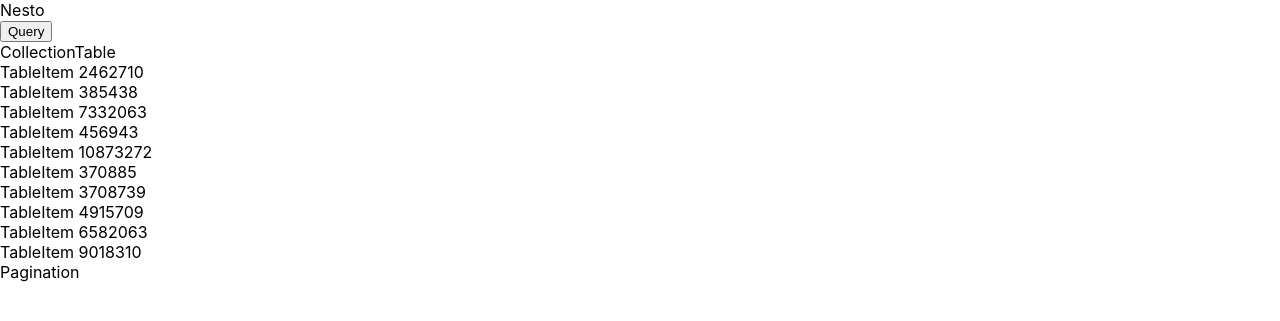
Repository: ivan-baljkas/pristupni_zadatak
Page: / (app in frontend/react-akademija-master/)
An editor plug-in stored every save of this project. The page is shown before and after the next save, followed by the edit.
The browser window is 1280 px wide. The pictures show the whole page.
The project was rebuilt for these pictures with package versions that can differ from the ones it lists, and the page was loaded fresh each time.

Above is the page before, as saved 2021-07-21 12:35:57.

### frontend/react-akademija-master/src/App.js
import React from "react";
import { SearchForm } from "./components/SearchForm";
import { CollectionTable } from "./components/CollectionTable";
import { TableItem } from "./components/TableItem";
import { Pagination } from "./components/Pagination";
import data from "./data.json";

const App = () => {
  console.log(data);

  return (
    <div>
      <header>
        Nesto
      </header>
        <SearchForm/>
        <CollectionTable/>
        {data.releases.map(release=>(
          <TableItem id={release.id}/>
        ))}
        <Pagination/>
    </div>
  );
};

export default App;

### frontend/react-akademija-master/src/components/SearchForm.jsx
import React, { Component } from 'react'

export const SearchForm = (props) =>{

    return(
        <div>
            <button type="button">Query</button>
        </div>
    );
};

### frontend/react-akademija-master/src/components/CollectionTable.jsx
import React, { Component } from 'react'

export const CollectionTable = (props) =>{

    return(
        <div>
            CollectionTable
        </div>
    );
};

### frontend/react-akademija-master/src/components/TableItem.jsx
import React, { Component } from 'react'

export const TableItem = (props) =>{

    return(
        <div>
            TableItem {props.id}
        </div>
    );
};

### frontend/react-akademija-master/src/components/Pagination.jsx
import React, { Component } from 'react'

export const Pagination = (props) =>{

    return(
        <div>
            Pagination
        </div>
    );
};

### frontend/react-akademija-master/src/data.json
{
  "pagination": {
    "page": 1,
    "pages": 26,
    "per_page": 10,
    "items": 255,
    "urls": {
      "first": "https://api.discogs.com/users/adrianmusiccollector/collection/folders/0/releases?per_page=10&page=1",
      "last": "https://api.discogs.com/users/adrianmusiccollector/collection/folders/0/releases?per_page=10&page=26",
      "prev": "https://api.discogs.com/users/adrianmusiccollector/collection/folders/0/releases?per_page=10&page=1",
      "next": "https://api.discogs.com/users/adrianmusiccollector/collection/folders/0/releases?per_page=10&page=3"
    }
  },
  "releases": [
    {
      "id": 2462710,
      "instance_id": 495199692,
      "date_added": "2020-08-04T08:57:28-07:00",
      "rating": 0,
      "basic_information": {
        "id": 2462710,
        "master_id": 28197,
        "master_url": "https://api.discogs.com/masters/28197",
        "resource_url": "https://api.discogs.com/releases/2462710",
        "thumb": "",
        "cover_image": "",
        "title": "Danzig III: How The Gods Kill",
        "year": 0,
        "formats": [
          { "name": "CD", "qty": "1", "descriptions": ["Album", "Reissue"] }
        ],
        "labels": [
          {
            "name": "American Recordings",
            "catno": "491785 2",
            "entity_type": "1",
            "entity_type_name": "Label",
            "id": 2569,
            "resource_url": "https://api.discogs.com/labels/2569"
          },
          {
            "name": "Columbia",
            "catno": "02-491785-10",
            "entity_type": "1",
            "entity_type_name": "Label",
            "id": 1866,
            "resource_url": "https://api.discogs.com/labels/1866"
          }
        ],
        "artists": [
          {
            "name": "Danzig",
            "anv": "",
            "join": "",
            "role": "",
            "tracks": "",
            "id": 217411,
            "resource_url": "https://api.discogs.com/artists/217411"
          }
        ],
        "genres": ["Rock"],
        "styles": ["Blues Rock", "Hard Rock", "Heavy Metal"]
      }
    },
    {
      "id": 385438,
      "instance_id": 495284040,
      "date_added": "2020-08-04T15:46:56-07:00",
      "rating": 0,
      "basic_information": {
        "id": 385438,
        "master_id": 8636,
        "master_url": "https://api.discogs.com/masters/8636",
        "resource_url": "https://api.discogs.com/releases/385438",
        "thumb": "",
        "cover_image": "",
        "title": "For Those About To Rock We Salute You",
        "year": 1994,
        "formats": [
          {
            "name": "CD",
            "qty": "1",
            "descriptions": ["Album", "Reissue", "Remastered"]
          }
        ],
        "labels": [
          {
            "name": "ATCO Records",
            "catno": "7567-92412-2",
            "entity_type": "1",
            "entity_type_name": "Label",
            "id": 3820,
            "resource_url": "https://api.discogs.com/labels/3820"
          }
        ],
        "artists": [
          {
            "name": "AC/DC",
            "anv": "",
            "join": "",
            "role": "",
            "tracks": "",
            "id": 84752,
            "resource_url": "https://api.discogs.com/artists/84752"
          }
        ],
        "genres": ["Rock"],
        "styles": ["Hard Rock"]
      }
    },
    {
      "id": 7332063,
      "instance_id": 495260051,
      "date_added": "2020-08-04T14:14:50-07:00",
      "rating": 0,
      "basic_information": {
        "id": 7332063,
        "master_id": 8580,
        "master_url": "https://api.discogs.com/masters/8580",
        "resource_url": "https://api.discogs.com/releases/7332063",
        "thumb": "",
        "cover_image": "",
        "title": "Live",
        "year": 0,
        "formats": [
          { "name": "CD", "qty": "2", "descriptions": ["Album", "Reissue"] }
        ],
        "labels": [
          {
            "name": "ATCO Records",
            "catno": "7567-92212-2",
            "entity_type": "1",
            "entity_type_name": "Label",
            "id": 3820,
            "resource_url": "https://api.discogs.com/labels/3820"
          },
          {
            "name": "Albert Productions",
            "catno": "7567-92212-2",
            "entity_type": "1",
            "entity_type_name": "Label",
            "id": 33440,
            "resource_url": "https://api.discogs.com/labels/33440"
          }
        ],
        "artists": [
          {
            "name": "AC/DC",
            "anv": "",
            "join": "",
            "role": "",
            "tracks": "",
            "id": 84752,
            "resource_url": "https://api.discogs.com/artists/84752"
          }
        ],
        "genres": ["Rock"],
        "styles": ["Hard Rock", "Rock & Roll"]
      }
    },
    {
      "id": 456943,
      "instance_id": 495284592,
      "date_added": "2020-08-04T15:48:52-07:00",
      "rating": 0,
      "basic_information": {
        "id": 456943,
        "master_id": 8437,
        "master_url": "https://api.discogs.com/masters/8437",
        "resource_url": "https://api.discogs.com/releases/456943",
        "thumb": "",
        "cover_image": "",
        "title": "High Voltage",
        "year": 1994,
        "formats": [
          {
            "name": "CD",
            "qty": "1",
            "descriptions": ["Album", "Reissue", "Remastered"]
          }
        ],
        "labels": [
          {
            "name": "ATCO Records",
            "catno": "7567-92413-2",
            "entity_type": "1",
            "entity_type_name": "Label",
            "id": 3820,
            "resource_url": "https://api.discogs.com/labels/3820"
          },
          {
            "name": "ATCO Records",
            "catno": "92413-2",
            "entity_type": "1",
            "entity_type_name": "Label",
            "id": 3820,
            "resource_url": "https://api.discogs.com/labels/3820"
          }
        ],
        "artists": [
          {
            "name": "AC/DC",
            "anv": "",
            "join": "",
            "role": "",
            "tracks": "",
            "id": 84752,
            "resource_url": "https://api.discogs.com/artists/84752"
          }
        ],
        "genres": ["Rock"],
        "styles": ["Hard Rock"]
      }
    },
    {
      "id": 10873272,
      "instance_id": 719463895,
      "date_added": "2021-05-31T11:07:58-07:00",
      "rating": 0,
      "basic_information": {
        "id": 10873272,
        "master_id": 315130,
        "master_url": "https://api.discogs.com/masters/315130",
        "resource_url": "https://api.discogs.com/releases/10873272",
        "thumb": "",
        "cover_image": "",
        "title": "Lightning Strikes",
        "year": 1986,
        "formats": [{ "name": "CD", "qty": "1", "descriptions": ["Album"] }],
        "labels": [
          {
            "name": "ATCO Records",
            "catno": "790 512-2",
            "entity_type": "1",
            "entity_type_name": "Label",
            "id": 3820,
            "resource_url": "https://api.discogs.com/labels/3820"
          },
          {
            "name": "ATCO Records",
            "catno": "90512-2",
            "entity_type": "1",
            "entity_type_name": "Label",
            "id": 3820,
            "resource_url": "https://api.discogs.com/labels/3820"
          }
        ],
        "artists": [
          {
            "name": "Loudness (5)",
            "anv": "",
            "join": "",
            "role": "",
            "tracks": "",
            "id": 594808,
            "resource_url": "https://api.discogs.com/artists/594808"
          }
        ],
        "genres": ["Rock"],
        "styles": ["Hard Rock", "Heavy Metal"]
      }
    },
    {
      "id": 370885,
      "instance_id": 495193819,
      "date_added": "2020-08-04T08:15:48-07:00",
      "rating": 0,
      "basic_information": {
        "id": 370885,
        "master_id": 8670,
        "master_url": "https://api.discogs.com/masters/8670",
        "resource_url": "https://api.discogs.com/releases/370885",
        "thumb": "",
        "cover_image": "",
        "title": "The Razors Edge",
        "year": 1990,
        "formats": [{ "name": "CD", "qty": "1", "descriptions": ["Album"] }],
        "labels": [
          {
            "name": "ATCO Records",
            "catno": "7567-91413-2",
            "entity_type": "1",
            "entity_type_name": "Label",
            "id": 3820,
            "resource_url": "https://api.discogs.com/labels/3820"
          },
          {
            "name": "ATCO Records",
            "catno": "7567-91413-2 YS",
            "entity_type": "1",
            "entity_type_name": "Label",
            "id": 3820,
            "resource_url": "https://api.discogs.com/labels/3820"
          },
          {
            "name": "Albert Productions",
            "catno": "7567-91413-2",
            "entity_type": "1",
            "entity_type_name": "Label",
            "id": 33440,
            "resource_url": "https://api.discogs.com/labels/33440"
          },
          {
            "name": "Albert Productions",
            "catno": "7567-91413-2 YS",
            "entity_type": "1",
            "entity_type_name": "Label",
            "id": 33440,
            "resource_url": "https://api.discogs.com/labels/33440"
          }
        ],
        "artists": [
          {
            "name": "AC/DC",
            "anv": "",
            "join": "",
            "role": "",
            "tracks": "",
            "id": 84752,
            "resource_url": "https://api.discogs.com/artists/84752"
          }
        ],
        "genres": ["Rock"],
        "styles": ["Hard Rock"]
      }
    },
    {
      "id": 3708739,
      "instance_id": 659792917,
      "date_added": "2021-04-01T02:51:07-07:00",
      "rating": 0,
      "basic_information": {
        "id": 3708739,
        "master_id": 451115,
        "master_url": "https://api.discogs.com/masters/451115",
        "resource_url": "https://api.discogs.com/releases/3708739",
        "thumb": "",
        "cover_image": "",
        "title": "Loudness",
        "year": 1992,
        "formats": [{ "name": "CD", "qty": "1", "descriptions": ["Album"] }],
        "labels": [
          {
            "name": "ATCO Records",
            "catno": "WPCL-657",
            "entity_type": "1",
            "entity_type_name": "Label",
            "id": 3820,
            "resource_url": "https://api.discogs.com/labels/3820"
          },
          {
            "name": "Warner Music Japan",
            "catno": "WPCL-657",
            "entity_type": "1",
            "entity_type_name": "Label",
            "id": 52253,
            "resource_url": "https://api.discogs.com/labels/52253"
          }
        ],
        "artists": [
          {
            "name": "Loudness (5)",
            "anv": "",
            "join": "",
            "role": "",
            "tracks": "",
            "id": 594808,
            "resource_url": "https://api.discogs.com/artists/594808"
          }
        ],
        "genres": ["Rock"],
        "styles": ["Speed Metal", "Hard Rock", "Heavy Metal"]
      }
    },
    {
      "id": 4915709,
      "instance_id": 495258801,
      "date_added": "2020-08-04T14:09:39-07:00",
      "rating": 0,
      "basic_information": {
        "id": 4915709,
        "master_id": 578071,
        "master_url": "https://api.discogs.com/masters/578071",
        "resource_url": "https://api.discogs.com/releases/4915709",
        "thumb": "",
        "cover_image": "",
        "title": "Operation Mindcrime + Queen Of The Reich ",
        "year": 1999,
        "formats": [
          {
            "name": "CD",
            "qty": "2",
            "text": "Media book",
            "descriptions": [
              "Compilation",
              "Deluxe Edition",
              "Reissue",
              "Remastered"
            ]
          }
        ],
        "labels": [
          {
            "name": "Axe Killer Records",
            "catno": "3052182",
            "entity_type": "1",
            "entity_type_name": "Label",
            "id": 83934,
            "resource_url": "https://api.discogs.com/labels/83934"
          },
          {
            "name": "Axe Killer Records",
            "catno": "Wag 351",
            "entity_type": "1",
            "entity_type_name": "Label",
            "id": 83934,
            "resource_url": "https://api.discogs.com/labels/83934"
          }
        ],
        "artists": [
          {
            "name": "Queensr\u00ffche",
            "anv": "",
            "join": "",
            "role": "",
            "tracks": "",
            "id": 255363,
            "resource_url": "https://api.discogs.com/artists/255363"
          }
        ],
        "genres": ["Rock"],
        "styles": ["Heavy Metal"]
      }
    },
    {
      "id": 6582063,
      "instance_id": 495262219,
      "date_added": "2020-08-04T14:24:02-07:00",
      "rating": 0,
      "basic_information": {
        "id": 6582063,
        "master_id": 29521,
        "master_url": "https://api.discogs.com/masters/29521",
        "resource_url": "https://api.discogs.com/releases/6582063",
        "thumb": "",
        "cover_image": "",
        "title": "Metal Heart",
        "year": 0,
        "formats": [
          {
            "name": "CD",
            "qty": "1",
            "descriptions": ["Album", "Reissue", "Remastered", "Repress"]
          }
        ],
        "labels": [
          {
            "name": "BMG",
            "catno": "74321 93213 2",
            "entity_type": "1",
            "entity_type_name": "Label",
            "id": 1003,
            "resource_url": "https://api.discogs.com/labels/1003"
          },
          {
            "name": "RCA",
            "catno": "74321 93213 2",
            "entity_type": "1",
            "entity_type_name": "Label",
            "id": 895,
            "resource_url": "https://api.discogs.com/labels/895"
          },
          {
            "name": "Musicline.de",
            "catno": "74321 93213 2",
            "entity_type": "1",
            "entity_type_name": "Label",
            "id": 651772,
            "resource_url": "https://api.discogs.com/labels/651772"
          }
        ],
        "artists": [
          {
            "name": "Accept",
            "anv": "",
            "join": "",
            "role": "",
            "tracks": "",
            "id": 271475,
            "resource_url": "https://api.discogs.com/artists/271475"
          }
        ],
        "genres": ["Rock"],
        "styles": ["Heavy Metal"]
      }
    },
    {
      "id": 9018310,
      "instance_id": 495282966,
      "date_added": "2020-08-04T15:43:26-07:00",
      "rating": 0,
      "basic_information": {
        "id": 9018310,
        "master_id": 4844,
        "master_url": "https://api.discogs.com/masters/4844",
        "resource_url": "https://api.discogs.com/releases/9018310",
        "thumb": "",
        "cover_image": "",
        "title": "Master Of Reality",
        "year": 2014,
        "formats": [
          {
            "name": "CD",
            "qty": "1",
            "text": "Digipak",
            "descriptions": ["Album", "Reissue", "Remastered"]
          }
        ],
        "labels": [
          {
            "name": "BMG",
            "catno": "2730325",
            "entity_type": "1",
            "entity_type_name": "Label",
            "id": 1003,
            "resource_url": "https://api.discogs.com/labels/1003"
          },
          {
            "name": "Sanctuary",
            "catno": "2730325",
            "entity_type": "1",
            "entity_type_name": "Label",
            "id": 28233,
            "resource_url": "https://api.discogs.com/labels/28233"
          }
        ],
        "artists": [
          {
            "name": "Black Sabbath",
            "anv": "",
            "join": "",
            "role": "",
            "tracks": "",
            "id": 144998,
            "resource_url": "https://api.discogs.com/artists/144998"
          }
        ],
        "genres": ["Rock"],
        "styles": ["Hard Rock", "Heavy Metal"]
      }
    }
  ]
}

Loaded but not shown: frontend/react-akademija-master/public/index.html (common file); frontend/react-akademija-master/src/index.js (common file); frontend/react-akademija-master/src/index.css (common file); frontend/react-akademija-master/src/reportWebVitals.js (common file)

After the next save:
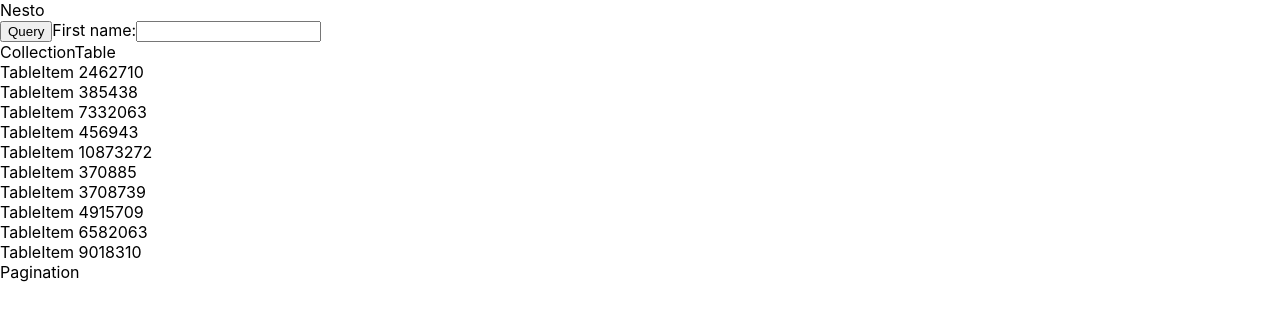
Saved 3 min 30 s later.
--- a/frontend/react-akademija-master/src/components/SearchForm.jsx
+++ b/frontend/react-akademija-master/src/components/SearchForm.jsx
@@ -5,6 +5,8 @@ export const SearchForm = (props) =>{
     return(
         <div>
             <button type="button">Query</button>
+            <label for="fname">First name:</label>
+            <input type="text" id="fname" name="fname"/>
         </div>
     );
 };
